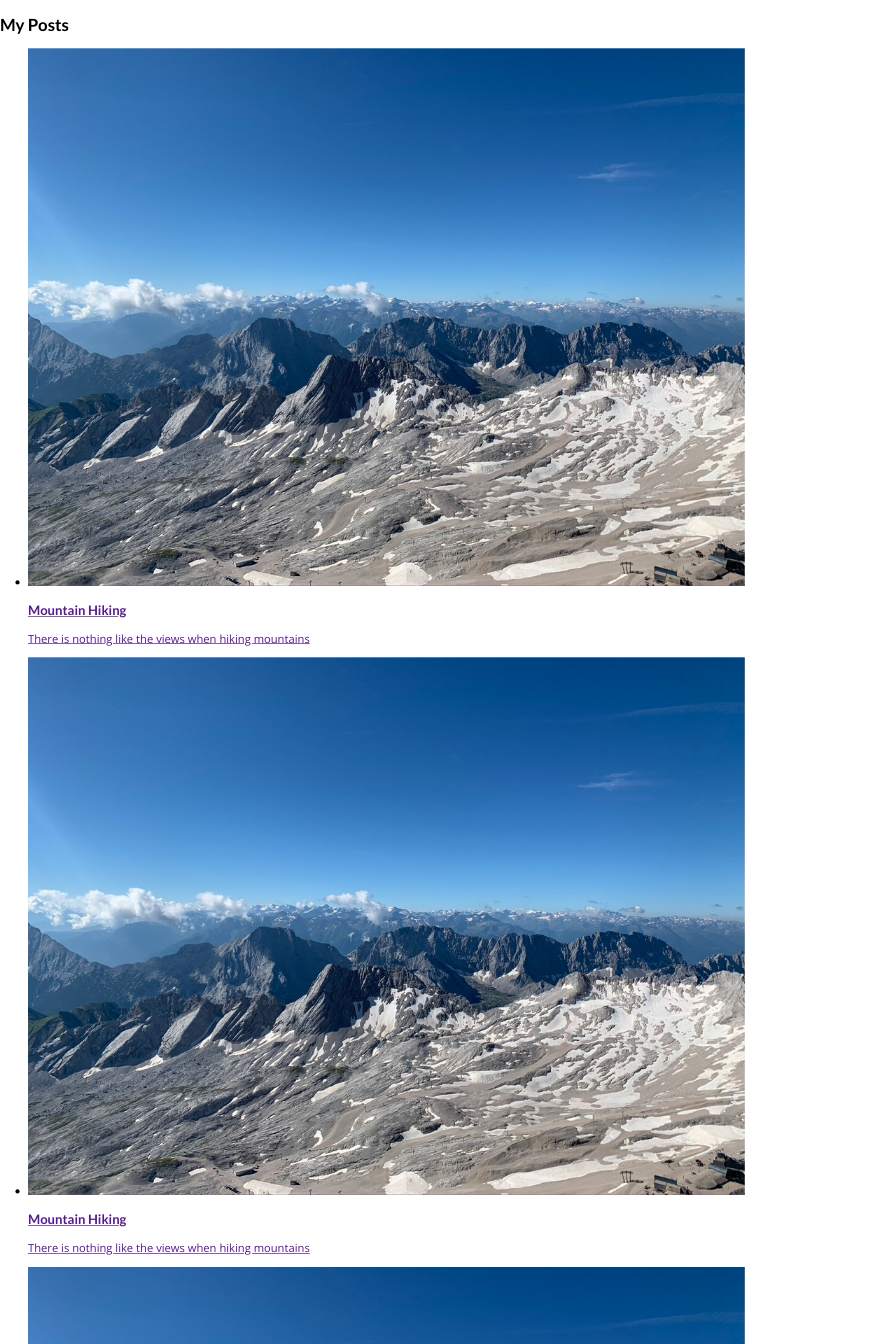
Repository: harshagr64/codeblogs
Page: http://localhost/posts
The author's editor kept a copy of each file at every save. The page is drawn from the files as they stood at one save, then again after a run of saves.
The browser window is 1280 px wide. The pictures show the part of the page from y = 0 to 1920 px (the page is 6162 px tall before and 720 px after), at 70% of full size.
The page is served by the project's application, run on Django 3.2 (manage.py). Other server files are loaded and not shown.

Above is the page before, as saved 2021-08-21 11:03:29.

### codeblogs/blog/templates/blog/all-posts.html
{% extends 'base.html' %}
{% load static %}

{% load static %}
{% block title %}All Posts{% endblock %}

{% block css_files %}
    <link rel="stylesheet" href="{% static "blog/index.css" %}">
    <link rel="stylesheet" href="{% static "blog/index.css" %}">
{% endblock css_files %}


{% block content %}
    <section>
        <h2>My Posts</h2>
        <ul>
            {% include "blog/includes/post.html" %}
            {% include "blog/includes/post.html" %}
            {% include "blog/includes/post.html" %}
            {% include "blog/includes/post.html" %}
            {% include "blog/includes/post.html" %}
            {% include "blog/includes/post.html" %}
            {% include "blog/includes/post.html" %}


        </ul>
    </section>

{% endblock content %}

### codeblogs/templates/base.html
{% load static %}

<!DOCTYPE html>
<html lang="en">
  <head>
    <meta charset="UTF-8" />
    <meta http-equiv="X-UA-Compatible" content="IE=edge" />
    <meta name="viewport" content="width=device-width, initial-scale=1.0" />
    <title>{% block title %}CodeBlogs{% endblock %}</title>
    <link rel="stylesheet" href="{% static "app.css" %}">
    {% block css_files %}{% endblock %}
  </head>
  <body>
  <header id="main-navigation">
        <a href = "">CodeBlogs</a>

        <nav>
            <a href = "">All Posts</a>
        </nav>
    </header>
  {% block content %}{% endblock %}
  </body>
</html>

### codeblogs/blog/templates/blog/includes/post.html
{% load static %}

<li>
  <article class="post">
    <a href="">
      <img
        src="{% static 'blog/images/mountains.jpg' %}"
        alt="Mountain Hiking"
      />
      <div class="post__content">
        <h3>Mountain Hiking</h3>
        <p>There is nothing like the views when hiking mountains</p>
      </div>
    </a>
  </article>
</li>

### codeblogs/blog/views.py
from django.shortcuts import render


def starting_page(request):
    return render(request, "blog/index.html")


def posts(request):
    return render(request, "blog/all-posts.html")


def post_detail(request):
    pass

### codeblogs/codeblogs/urls.py
"""codeblogs URL Configuration

The `urlpatterns` list routes URLs to views. For more information please see:
    https://docs.djangoproject.com/en/3.2/topics/http/urls/
Examples:
Function views
    1. Add an import:  from my_app import views
    2. Add a URL to urlpatterns:  path('', views.home, name='home')
Class-based views
    1. Add an import:  from other_app.views import Home
    2. Add a URL to urlpatterns:  path('', Home.as_view(), name='home')
Including another URLconf
    1. Import the include() function: from django.urls import include, path
    2. Add a URL to urlpatterns:  path('blog/', include('blog.urls'))
"""
from django.contrib import admin
from django.urls import path, include

urlpatterns = [
    path('admin/', admin.site.urls),
    path('', include("blog.urls") )
]

### codeblogs/blog/urls.py
from django.urls import path
from . import views

urlpatterns = [
    path("", views.starting_page, name="starting-page"),
    path("posts", views.posts, name="post-page"),
    path("posts/<slug:slug>", views.post_detail, name="post-detail-page")
]

### codeblogs/static/app.css
@import url('https://fonts.googleapis.com/css2?family=Lato:wght@400;700&family=Open+Sans:wght@400;700&display=swap');

* {
  box-sizing: border-box;
}

html {
  font-family: 'Open Sans', 'Lato', sans-serif;
}

body {
  margin: 0;
}

h1,
h2,
h3 {
  font-family: 'Lato', sans-serif;
  font-weight: bold;
}

#main-navigation {
  width: 100%;
  height: 5rem;
  display: flex;
  justify-content: space-between;
  align-items: center;
  padding: 0 10%;
  position: absolute;
  top: 0;
  left: 0;
}

#main-navigation a {
  text-decoration: none;
  color: white;
  font-weight: bold;
}

#main-navigation a:hover,
#main-navigation a:active {
  color: #cf79f1;
}

#main-navigation h1 a:hover,
#main-navigation h1 a:active {
  color: white;
}

### codeblogs/blog/static/blog/index.css
#welcome {
  background: linear-gradient(to right top, #6305dd, #390281);
  padding: 6rem 12%;
}

#welcome header {
  display: flex;
  align-items: flex-start;
  margin: 3rem auto;
}

#welcome img {
  width: 10rem;
  height: 10rem;
  object-fit: cover;
  object-position: top;
  border: 5px solid white;
  border-radius: 12px;
  background-color: #ffe1bf;
  transform: rotateZ(-5deg);
  box-shadow: 0 2px 8px rgba(0, 0, 0, 0.25);
}

#welcome h2 {
  font-size: 3.5rem;
  margin: 0 0 0 2rem;
  color: #e4e4e4;
  width: 10rem;
}

#welcome p {
  color: white;
  font-size: 1.5rem;
}

#latest-posts {
  background-color: white;
  padding: 2rem;
  border-radius: 12px;
  width: 60rem;
  margin: -6rem auto 2rem auto;
  box-shadow: 1px 1px 12px rgba(0, 0, 0, 0.4);
}

#latest-posts h2 {
  text-align: center;
}

#latest-posts ul {
  list-style: none;
  margin: 0;
  padding: 0;
  display: flex;
  gap: 1rem;
}

#latest-posts li {
  flex: 1;
  text-align: center;
}

#latest-posts li a {
  text-decoration: none;
  color: black;
}

#latest-posts li a img {
  border-radius: 50%;
  width: 100px;
  height: 100px;
}

#about {
  text-align: center;
  padding: 3rem;
  background-color: #e48900;
  margin-top: 5rem;
}

#about h2 {
  font-size: 3rem;
}

#about p {
  font-size: 1.5rem;
  color: #353535;
}

### codeblogs/blog/static/blog/all-posts.css
body {
    background-color: #e7e7e7;
  }

  #main-navigation {
    background-color: #390281;
    box-shadow: 0 2px 8px rgba(0, 0, 0, 0.25);
  }

  #all-posts {
    margin: 7rem auto;
    width: 90%;
    max-width: 60rem;
  }

  #all-posts h2 {
    text-align: center;
    font-size: 2rem;
    color: #2e2e2e;
    margin: 3rem 0;
  }

  ul {
    list-style: none;
    margin: 0;
    padding: 0;
    display: grid;
    grid-template-columns: repeat(auto-fill, minmax(17rem, 1fr));
    gap: 1.5rem;
  }

  .post img {
    width: 7rem;
    height: 7rem;
  }

  .post a {
    height: 22rem;
    transform-origin: center;
    box-shadow: 0 2px 8px rgba(0, 0, 0, 0.25);
    border-radius: 12px;
    background-color: white;
  }

After the next 2 saves:
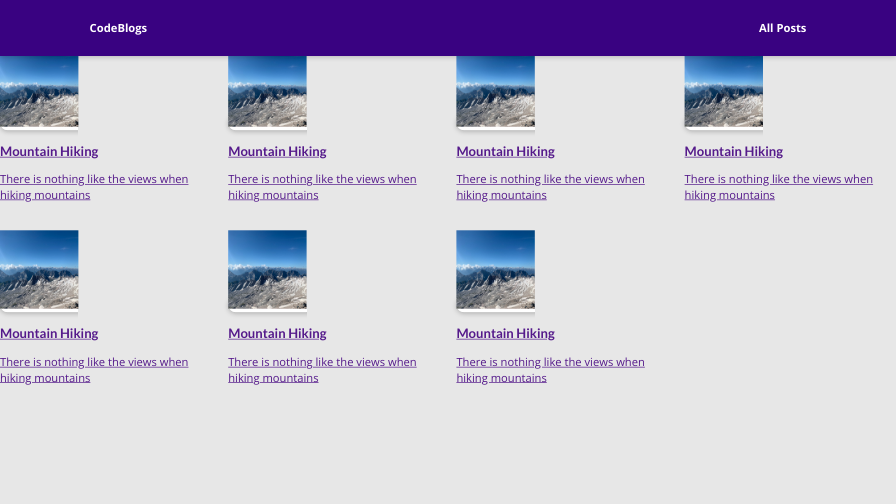
The 2 saves are shown as one change because they came seconds apart.
The last was saved 6 s later.
--- a/codeblogs/blog/templates/blog/all-posts.html
+++ b/codeblogs/blog/templates/blog/all-posts.html
@@ -6,7 +6,7 @@
 
 {% block css_files %}
     <link rel="stylesheet" href="{% static "blog/index.css" %}">
-    <link rel="stylesheet" href="{% static "blog/index.css" %}">
+    <link rel="stylesheet" href="{% static "blog/all-posts.css" %}">
 {% endblock css_files %}
 
 
